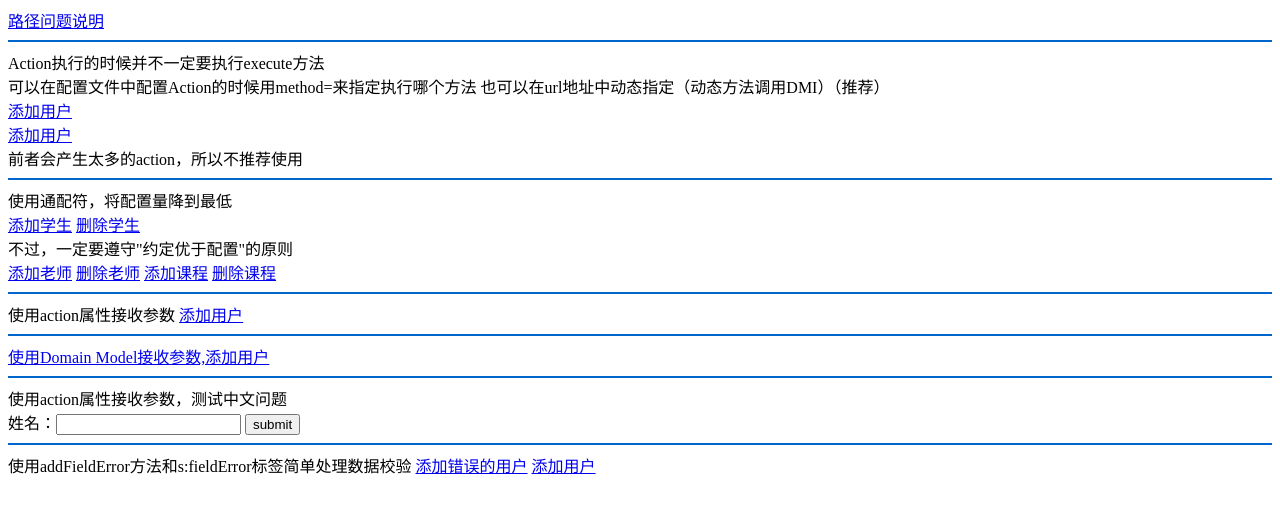
Repository: chellong/StrutsBasic
Page: http://localhost/Struts2.3Sx_1/
The author's editor kept a copy of each file at every save. The page is drawn from the files as they stood at one save, then again after the next save.
The browser window is 1280 px wide. The pictures show the whole page.
The page is served by Tomcat 9. Nobody is signed in. The application's start-up code is not run. Other server files are loaded and not shown.

Above is the page before, as saved 2016-01-23 14:13:01.

### Struts2.3Sx_1/WebContent/index.jsp
<?xml version="1.0" encoding="utf-8" ?>
<%@ page language="java" contentType="text/html; charset=utf-8"
	pageEncoding="utf-8"%>

<%
	String path = request.getContextPath();
	String basePath = request.getScheme() + "://" + request.getServerName() + ":" + request.getServerPort()
			+ path + "/";
%>

<!DOCTYPE html PUBLIC "-//W3C//DTD XHTML 1.0 Transitional//EN" "http://www.w3.org/TR/xhtml1/DTD/xhtml1-transitional.dtd">

<html xmlns="http://www.w3.org/1999/xhtml">
<head>
<base href="<%=basePath%>" />
<meta http-equiv="Content-Type" content="text/html; charset=GB18030" />
<title>Insert title here</title>
</head>
<body>
	<a href="path/path.action">路径问题说明</a>
	<hr noshade color="#0066cc" />
	Action执行的时候并不一定要执行execute方法
	<br /> 可以在配置文件中配置Action的时候用method=来指定执行哪个方法
	也可以在url地址中动态指定（动态方法调用DMI）（推荐）
	<br />
	<a href="/user/userAdd">添加用户</a>
	<br />
	<a href="/user/user!add">添加用户</a>
	<br /> 前者会产生太多的action，所以不推荐使用

	<hr noshade color="#0066cc" />

	使用通配符，将配置量降到最低
	<br />
	<a href="/actions/Studentadd">添加学生</a>
	<a href="/actions/Studentdelete">删除学生</a>
	<br /> 不过，一定要遵守"约定优于配置"的原则
	<br />
	<a href="/actions/Teacher_add">添加老师</a>
	<a href="/actions/Teacher_delete">删除老师</a>
	<a href="/actions/Course_add">添加课程</a>
	<a href="/actions/Course_delete">删除课程</a>

	<hr noshade color="#0066cc" />
	使用action属性接收参数
	<a href="user/user_007?name=a&age=8">添加用户</a>

	<hr noshade color="#0066cc" />
	<a href="user/user_008?user.name=a&user.age=8">使用Domain
		Model接收参数,添加用户</a>

	<!-- 	中文问题 -->
	<hr noshade color="#0066cc" />
	使用action属性接收参数，测试中文问题
	<form action="user/user_008" method="post">
		姓名：<input type="text" name="name"></input> <input type="submit"
			value="submit" />
	</form>
	<!-- 	数据验证 -->
	<hr noshade color="#0066cc" />
	使用addFieldError方法和s:fieldError标签简单处理数据校验
	<a href="user/user_009?name=a">添加错误的用户</a>
	<a href="user/user_009?name=admin">添加用户</a>
</body>
</html>

After the next save:
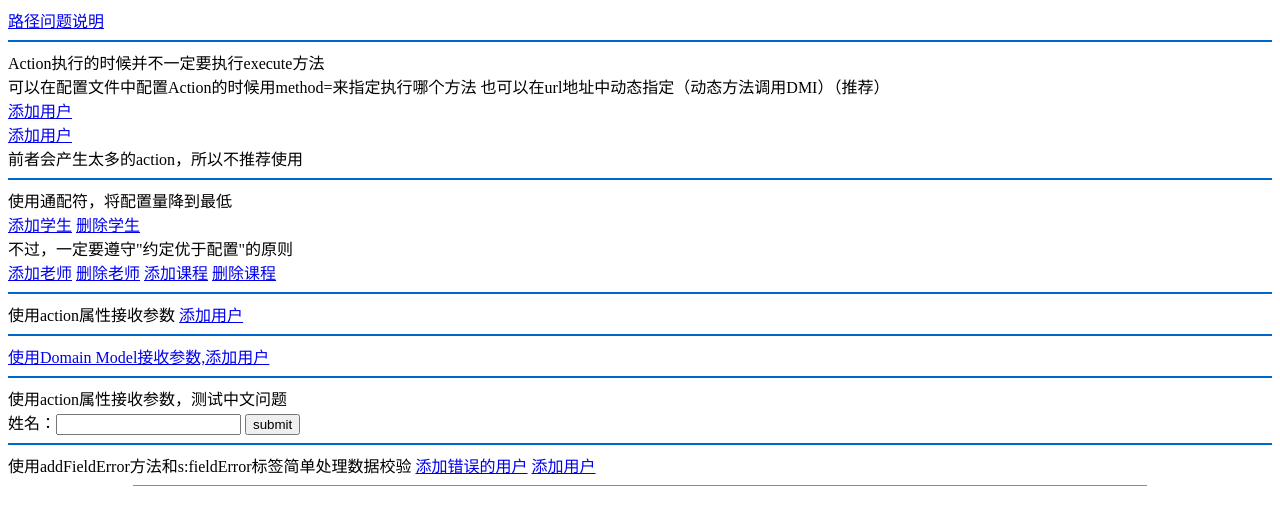
Saved 2 min 24 s later.
--- a/Struts2.3Sx_1/WebContent/index.jsp
+++ b/Struts2.3Sx_1/WebContent/index.jsp
@@ -61,5 +61,7 @@
 	使用addFieldError方法和s:fieldError标签简单处理数据校验
 	<a href="user/user_009?name=a">添加错误的用户</a>
 	<a href="user/user_009?name=admin">添加用户</a>
+
+	<HR style="border:1 dashed #987cb9" width="80%" color=#987cb9 SIZE=1>
 </body>
 </html>
